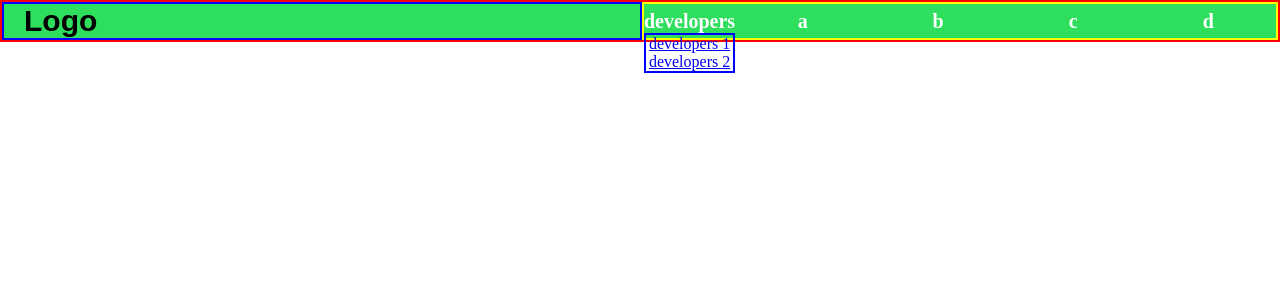
Repository: xtremer15/PracticeProject
Page: PracticeProject/HomeWorks/index.html
An editor plug-in stored every save of this project. The page is shown before and after the next save, followed by the edit.
The browser window is 1280 px wide. The pictures show the whole page.

Above is the page before, as saved 2020-04-23 13:58:57.
Console error: SyntaxError: Identifier 'a' has already been declared

After the next save:
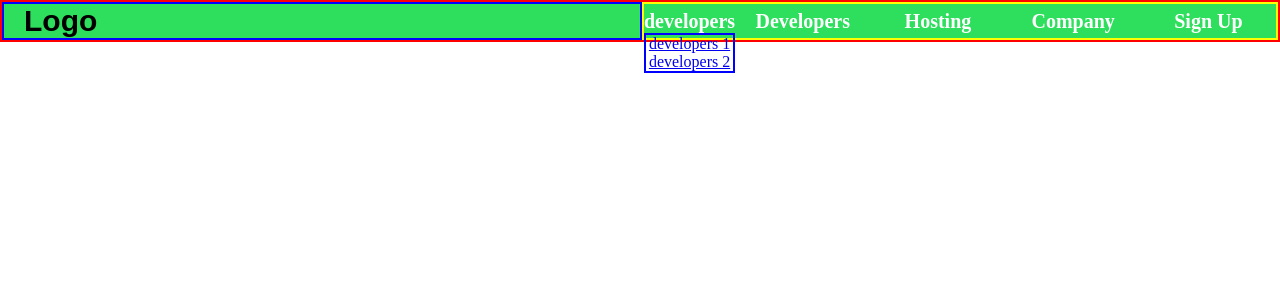
Console error: TypeError: Cannot set properties of undefined (setting 'innerHTML')
Saved 4 s later.
--- a/PracticeProject/HomeWorks/dropdown.js
+++ b/PracticeProject/HomeWorks/dropdown.js
@@ -77,8 +77,6 @@ console.log(subMenuDevelopers);
 console.log(subMenuHosting);
 console.log(subMenuCompany);
 
-let a =
-let ul =
 
 for (elem in subMenuDevelopers) {
   console.log(subMenuDevelopers[elem]);
